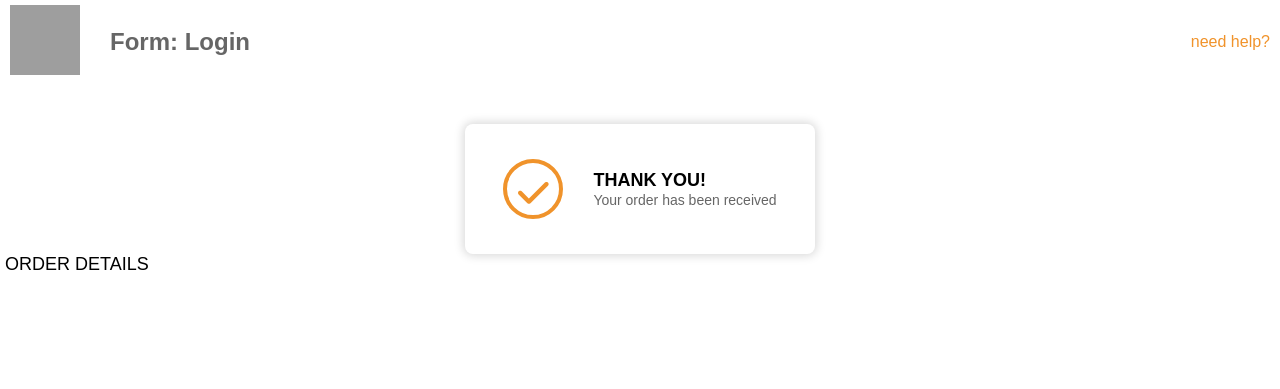
Repository: NguyenDucHung20002/project-homev1
Page: checkout/checkout.html
These files come from the project's save history. The page is drawn as it stood at one moment and after the next save; the edit follows.
The browser window is 1280 px wide. The pictures show the whole page.
Pictures or frames that could not be fetched are drawn as grey boxes. The style sheet was rebuilt from its Sass, Less or Tailwind sources for each picture, by a compiler version that may differ from the author's.

Above is the page before, as saved 2022-09-20 09:43:01.

### checkout/checkout.html
<!DOCTYPE html>
<html lang="en">

<head>
    <meta charset="UTF-8">
    <meta http-equiv="X-UA-Compatible" content="IE=edge">
    <meta name="viewport" content="width=device-width, initial-scale=1.0">
    <link rel="stylesheet" href="../reset.css">
    <link rel="stylesheet" href="../fontawesome-free-6.1.2-web/css/all.min.css">
    <link rel="stylesheet" href="../dist/css/checkout.css">
    <title>Document</title>
    <link rel="icon" href="/icon/favicon.png">
</head>

<body>
    <header>
        <div class="header">
            <div class="container">
                <div class="header-right">
                    <a href="../homev1.html"><img
                            src="http://wp.0effortthemes.com/themes/veggie/wp-content/uploads/2016/06/header-v3-logo.png"
                            alt=""></a>
                    <h2 class="name-form">Form: Login</h2>
                </div>
                <div class="header-left">
                    <a href="" class="help">need help?</a>
                </div>
            </div>
        </div>
    </header>

    <div class="content">
        <div class="container">
            <div class="thank-you">
                <i class="fa-solid fa-check"></i>
                <div class="title">
                    <span><strong>THANK YOU!</strong></span><br>
                    <span>Your order has been received</span>
                </div>
            </div>
            <span class="title-order-details">ORDER DETAILS</span>
            <div class="order-details">

            </div>
        </div>
    </div>

</body>

<script src="https://cdnjs.cloudflare.com/ajax/libs/jquery/3.6.0/jquery.min.js"
    integrity="sha512-894YE6QWD5I59HgZOGReFYm4dnWc1Qt5NtvYSaNcOP+u1T9qYdvdihz0PPSiiqn/+/3e7Jo4EaG7TubfWGUrMQ=="
    crossorigin="anonymous" referrerpolicy="no-referrer"></script>
<script src="./checkout.js"></script>

</html>

### reset.css
*,
*::after,
*::before {
  margin: 0;
  padding: 0;
  box-sizing: border-box;
}
a {
  text-decoration: none;
  /* mặc đinh là text-decoration: underline; */
}
ul,
ol {
  list-style: none;
}
input,
button {
  outline: none;
  border: none;
  background: none;
}
table,
th,
td {
  border-collapse: collapse;
}

### checkout/checkout.js
$(".btn-checkout").click((e) => {
  e.preventDefault();
});

### checkout/checkout.scss
* {
  font-family: "Poppins", sans-serif;
}
body {
  position: relative;
}
.container {
  margin: 0 auto;
  width: 1270px;
}
header {
  width: 100%;
  position: fixed;
  top: 0;
  left: 0;
  z-index: 10000;
  background-color: rgba(#ffffff, 0.8);
  .header {
    .container {
      display: flex;
      align-items: center;
      justify-content: space-between;
      padding: 5px;
      .header-right {
        display: flex;
        justify-content: flex-start;
        align-items: center;
        a {
          img {
            width: 70px;
            height: 70px;
          }
        }
        .name-form {
          color: #666;
          margin-left: 30px;
        }
      }
      .header-left {
        a {
          color: #f0932b;
        }
      }
    }
  }
}
.content {
  .container {
    background-color: #ffffff;
    margin-top: 84px;
    padding: 40px 0px;
    .thank-you {
      display: flex;
      align-items: center;
      justify-content: center;
      width: 350px;
      height: 130px;
      margin: 0 auto;
      border-radius: 8px;
      box-shadow: 0px 0px 10px 2px rgba(0, 0, 0, 0.15);
      i {
        color: #f0932b;
        text-align: center;
        line-height: 60px;
        width: 60px;
        height: 60px;
        border: 4px solid #f0932b;
        border-radius: 50%;
        font-size: 35px;
        font-weight: bold;
        margin-right: 30px;
      }
      .title {
        span {
          font-size: 14px;
          color: #666;
        }
        strong {
          color: black;
          font-size: 18px;
        }
      }
    }
    .title-order-details {
      color: black;
      font-size: 18px;
    }
  }
}

Loaded but not shown: fontawesome-free-6.1.2-web/css/all.min.css (library)

After the next save:
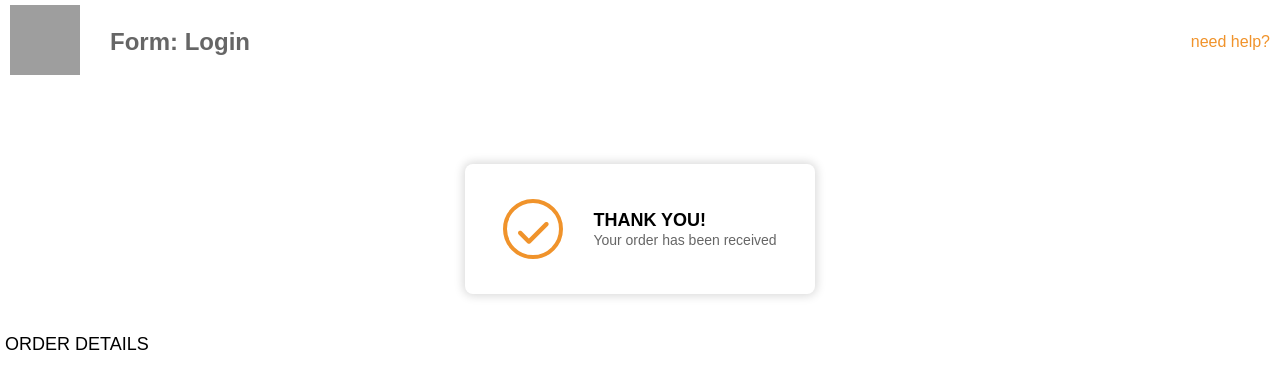
Saved 16 s later.
--- a/checkout/checkout.scss
+++ b/checkout/checkout.scss
@@ -55,7 +55,7 @@ header {
       justify-content: center;
       width: 350px;
       height: 130px;
-      margin: 0 auto;
+      margin: 40px auto;
       border-radius: 8px;
       box-shadow: 0px 0px 10px 2px rgba(0, 0, 0, 0.15);
       i {
